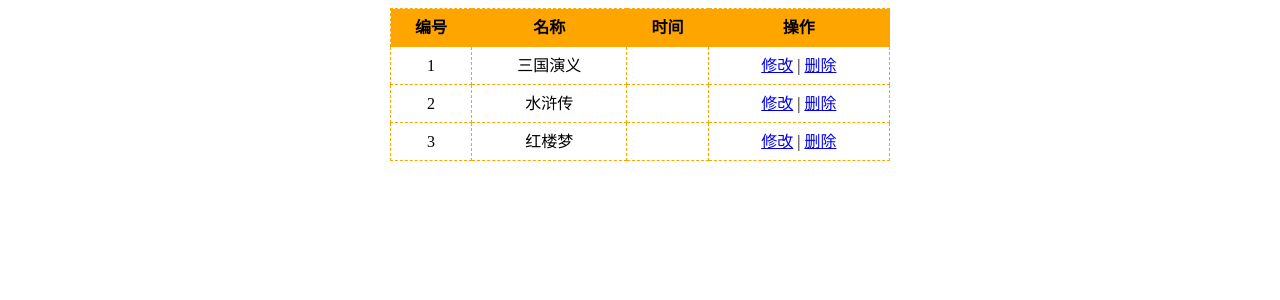
Repository: wjiawei97/FrontEndExercises
Page: 8. book_manegement/index.html
The author's editor kept a copy of each file at every save. The page is drawn from the files as they stood at one save, then again after the next save.
The browser window is 1280 px wide. The pictures show the whole page.

Above is the page before, as saved 2021-08-22 12:19:45.

### 8. book_manegement/index.html
<!DOCTYPE html>
<html lang="en">
<head>
    <meta charset="UTF-8">
    <meta http-equiv="X-UA-Compatible" content="IE=edge">
    <meta name="viewport" content="width=device-width, initial-scale=1.0">
    <title>Document</title>
    <style>
        .grid{
            margin: 0 auto;
            width: 500px;
            text-align: center;
        }
        .grid table{
            width: 100%;
            border-collapse: collapse;
        }
        .grid th{
            background-color: orange;
        }
        .grid th,td{
            border: 1px dashed orange;
            height: 35px;
            line-height: 35px;
        }
    </style>
</head>
<body>
    <div id="app">
        <div class="grid">
            <table>
                <thead>
                    <tr>
                        <th>编号</th>
                        <th>名称</th>
                        <th>时间</th>
                        <th>操作</th>
                    </tr>
                </thead>
                <tbody>
                    <tr :key="item.id" v-for='(item,index) in list'>
                        <td>{{item.id}}</td>
                        <td>{{item.name}}</td>
                        <td>{{item.date}}</td>
                        <td>
                            <a href="#" @click.prevent>修改</a>
                            <span>|</span>
                            <a href="#" @click.prevent>删除</a>
                        </td>
                    </tr>
                </tbody>
            </table>
        </div>
    </div>
    <script src="https://cdn.jsdelivr.net/npm/vue@2.6.14/dist/vue.js"></script>
    <script>
        var vm=new Vue({
            el:'#app',
            data:{
                list:[{
                    id:1,
                    name:'三国演义',
                    date:''
                },{
                    id:2,
                    name:'水浒传',
                    date:''
                },{
                    id:3,
                    name:'红楼梦',
                    date:''
                }]
            }
        })
    </script>
</body>
</html>

After the next save:
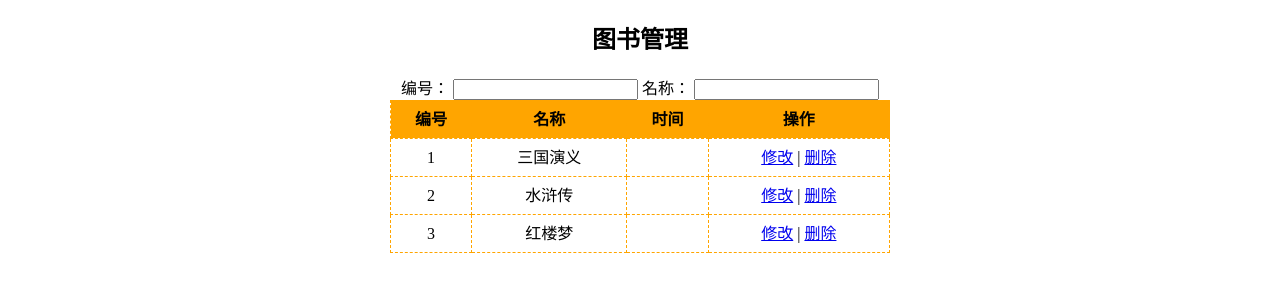
Saved 2 min 25 s later.
--- a/8. book_manegement/index.html
+++ b/8. book_manegement/index.html
@@ -28,6 +28,15 @@
 <body>
     <div id="app">
         <div class="grid">
+            <div>
+                <h2>图书管理</h2>
+                <div class="book">
+                    <label for="id">编号：</label>
+                    <input type="text" id="id" v-model='id'>
+                    <label for="name">名称：</label>
+                    <input type="text" id="name" v-model='name'>
+                </div>
+            </div>
             <table>
                 <thead>
                     <tr>
